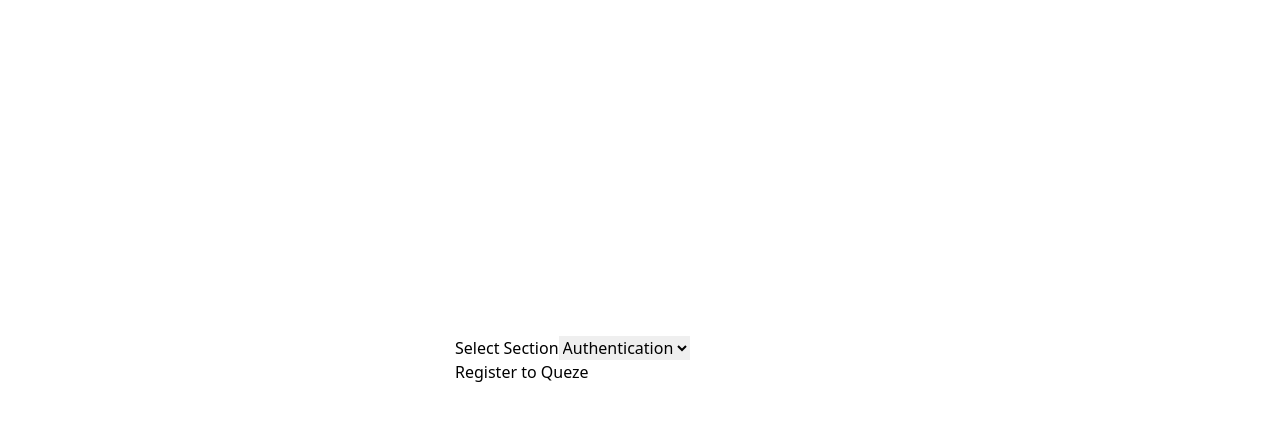
Repository: AbdalrahmanEldeep/FIBOTIC
Page: /
The author's editor kept a copy of each file at every save. The page is drawn from the files as they stood at one save, then again after the next save.
The browser window is 1280 px wide. The pictures show the whole page.
The project was rebuilt for these pictures with package versions that can differ from the ones it lists, and the page was loaded fresh each time. Also part of the build but not shown: vite.config.js, src/pages/protecter.jsx, src/pages/exame.jsx.

Above is the page before, as saved 2023-01-06 23:06:17.

After the next save:
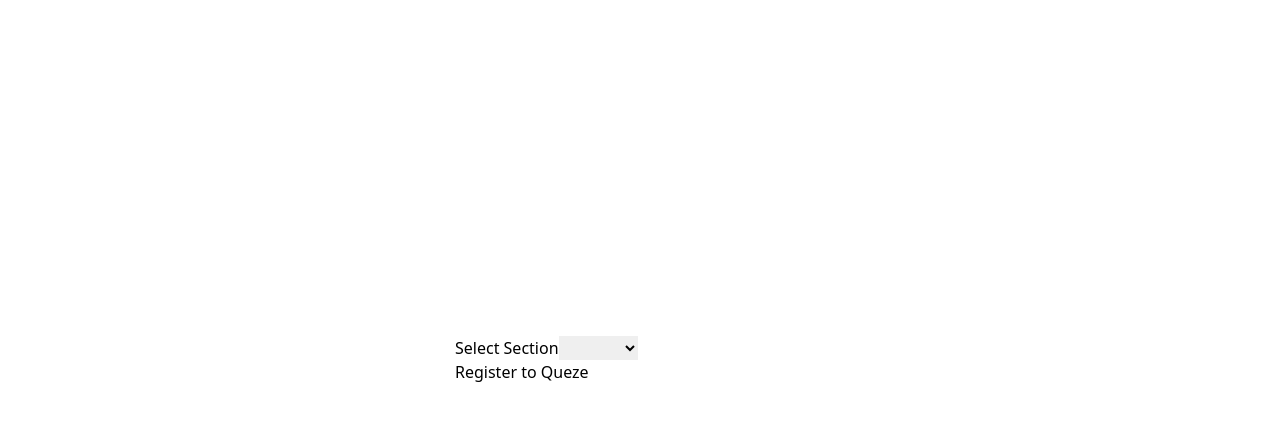
Saved 16 s later.
--- a/src/components/cntForm.jsx
+++ b/src/components/cntForm.jsx
@@ -6,7 +6,7 @@
             <div className="flex flex-col gap-2 items-start mb-6">
                 <label htmlFor="countries" className="block mb-2 text-sm font-medium text-gray-900 dark:text-white">Select Section</label>
                 <select id="countries" className="bg-gray-50 border border-gray-300 text-gray-900 text-sm rounded focus:ring-blue-500 focus:border-blue-500 block w-full p-2.5 dark:bg-gray-700 dark:border-gray-600 dark:placeholder-gray-400 dark:text-white dark:focus:ring-blue-500 dark:focus:border-blue-500">
-                    <option defaultValue="Section">Authentication</option>
+                    <option defaultValue="Section"></option>
                     <option value="1">Admine</option>
                     <option value="2">Student</option>
                 </select>

After the save that followed:
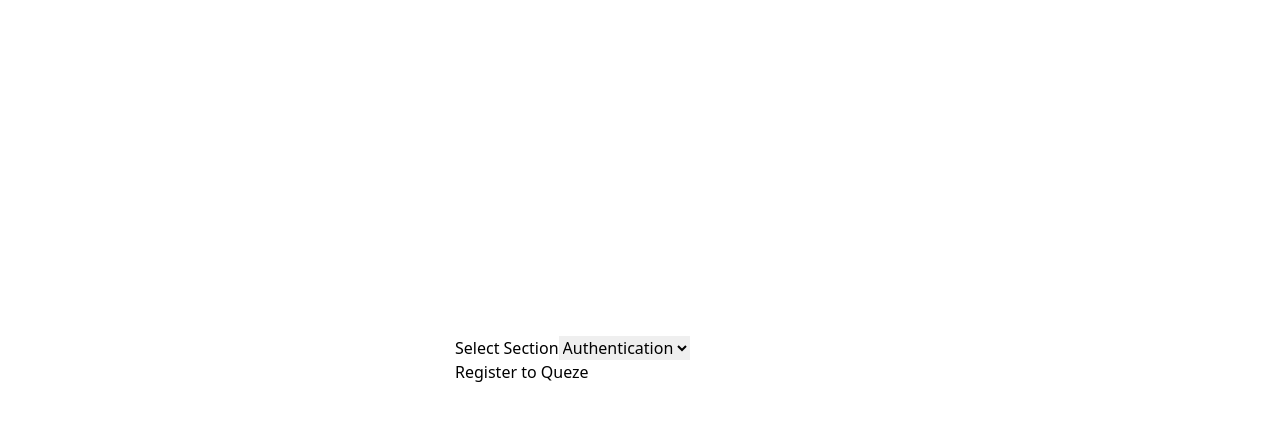
Saved 18 s later.
--- a/src/components/cntForm.jsx
+++ b/src/components/cntForm.jsx
@@ -6,7 +6,7 @@
             <div className="flex flex-col gap-2 items-start mb-6">
                 <label htmlFor="countries" className="block mb-2 text-sm font-medium text-gray-900 dark:text-white">Select Section</label>
                 <select id="countries" className="bg-gray-50 border border-gray-300 text-gray-900 text-sm rounded focus:ring-blue-500 focus:border-blue-500 block w-full p-2.5 dark:bg-gray-700 dark:border-gray-600 dark:placeholder-gray-400 dark:text-white dark:focus:ring-blue-500 dark:focus:border-blue-500">
-                    <option defaultValue="Section"></option>
+                    <option defaultValue="Section">Authentication</option>
                     <option value="1">Admine</option>
                     <option value="2">Student</option>
                 </select>
